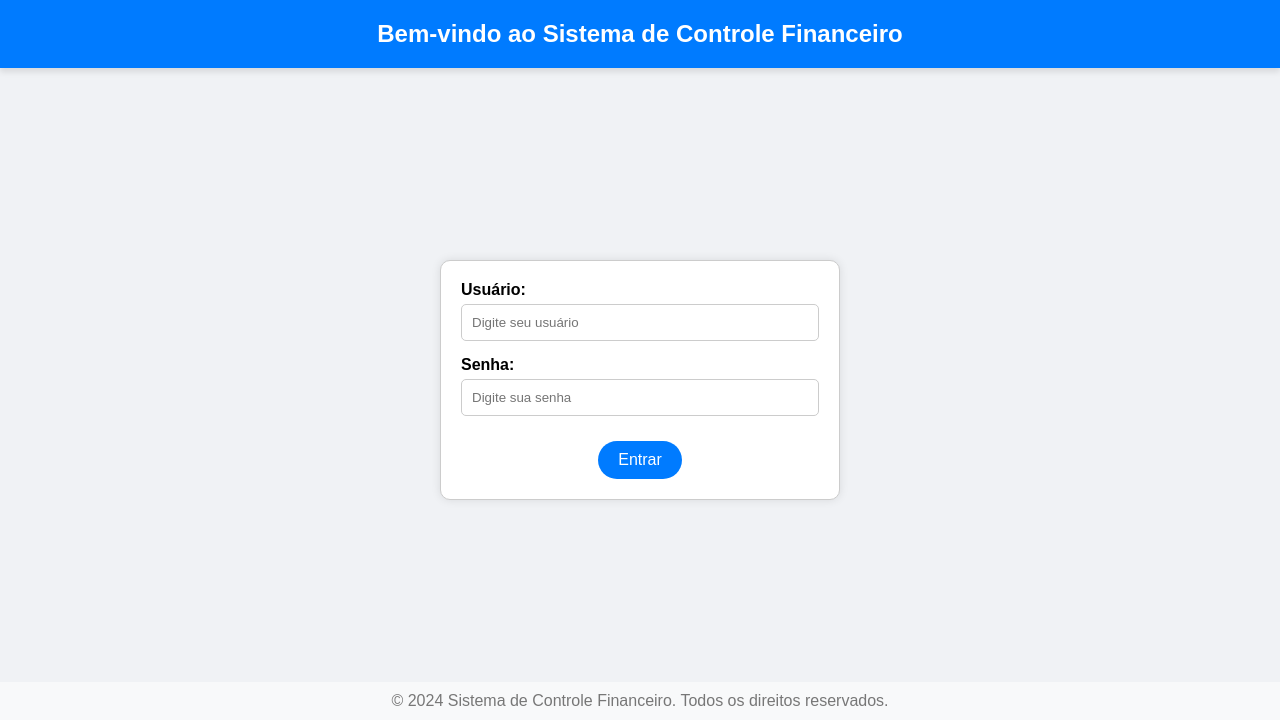
Repository: LucasMontalvao1/ProjetoMaxima
Page: / (app in AngularMaxima/)
An editor plug-in stored every save of this project. The page is shown before and after a run of saves, followed by the edit.
The browser window is 1280 px wide. The pictures show the whole page.
The project was rebuilt for these pictures with package versions that can differ from the ones it lists, and the page was loaded fresh each time. Also part of the build but not shown: AngularMaxima/angular.json, AngularMaxima/src/app/pages/home/home.component.ts.

Above is the page before, as saved 2024-07-14 17:19:46.

### AngularMaxima/src/index.html
<!doctype html>
<html lang="en">
<head>
  <meta charset="utf-8">
  <title>AngularMaxima</title>
  <base href="/">
  <meta name="viewport" content="width=device-width, initial-scale=1">
  <link rel="icon" type="image/x-icon" href="favicon.ico">
</head>
<body>
  <app-root></app-root>
</body>
</html>

### AngularMaxima/src/styles.css
* {
  margin: 0;
  padding: 0;
  box-sizing: border-box;
}

body, html {
  height: 100%;
  font-family: Arial, sans-serif;
  background-color: #f0f2f5;
}

.main-container {
  display: flex;
  flex-direction: column;
  height: 100%;
}

.content {
  flex: 1;
  display: flex;
  justify-content: center;
  align-items: center;
  padding: 20px;
  margin-top: 80px;
  margin-bottom: 40px;
}

.header {
  width: 100%;
  background-color: #007bff;
  color: #fff;
  padding: 20px 0;
  text-align: center;
  box-shadow: 0 4px 6px rgba(0, 0, 0, 0.1);
  position: fixed;
  top: 0;
  left: 0;
  z-index: 1000;
}

.header h1 {
  margin: 0;
  font-size: 24px;
}

.footer {
  width: 100%;
  background-color: #f8f9fa;
  color: #777;
  padding: 10px 0;
  text-align: center;
  position: fixed;
  bottom: 0;
  left: 0;
  z-index: 1000;
}

### AngularMaxima/src/app/app.module.ts
import { NgModule } from '@angular/core';
import { BrowserModule } from '@angular/platform-browser';

import { AppRoutingModule } from './app-routing.module';
import { AppComponent } from './app.component';
import { LoginComponent } from './pages/login/login.component';
import { ReactiveFormsModule } from '@angular/forms';
import { HttpClientModule } from '@angular/common/http';
import { AuthService } from './services/auth.service';

@NgModule({
  declarations: [
    AppComponent,
    LoginComponent,

  ],
  imports: [
    BrowserModule,
    AppRoutingModule,
    ReactiveFormsModule,
    HttpClientModule
  ],
  providers: [AuthService],
  bootstrap: [AppComponent]
})
export class AppModule { }

### AngularMaxima/src/app/app-routing.module.ts
import { NgModule } from '@angular/core';
import { RouterModule, Routes } from '@angular/router';
import { LoginComponent } from './pages/login/login.component';
import { HomeComponent } from './pages/home/home.component';

const routes: Routes = [
  { path: '', redirectTo: '/login', pathMatch: 'full'},
  { path: 'login', component: LoginComponent},
  { path: 'home', component: HomeComponent}
];

@NgModule({
  imports: [RouterModule.forRoot(routes)],
  exports: [RouterModule]
})
export class AppRoutingModule { }

### AngularMaxima/src/app/app.component.ts
import { Component } from '@angular/core';

@Component({
  selector: 'app-root',
  templateUrl: './app.component.html',
  styleUrls: ['./app.component.css']
})
export class AppComponent {
  title = 'AngularMaxima';
}

### AngularMaxima/src/app/pages/login/login.component.ts
import { Component, OnInit } from '@angular/core';
import { FormBuilder, FormGroup, Validators } from '@angular/forms';
import { AuthService } from '../../services/auth.service';
import { Router } from '@angular/router';

@Component({
  selector: 'app-login',
  templateUrl: './login.component.html',
  styleUrls: ['./login.component.css']
})
export class LoginComponent implements OnInit {

  loginModel: FormGroup;

  constructor(
    private formBuilder: FormBuilder,
    private authService: AuthService,
    private router: Router
  ) {
    this.loginModel = this.formBuilder.group({
      username: ['', Validators.required],
      password: ['', Validators.required]
    });
  }

  ngOnInit() {
    // Você pode adicionar lógica de inicialização aqui, se necessário
  }

  onSubmit() {
    if (this.loginModel.valid) {
      const username = this.loginModel.get('username')?.value;
      const password = this.loginModel.get('password')?.value;
      this.login(username, password);
    } else {
      // Formulário inválido, pode adicionar tratamento aqui se necessário
    }
  }

  login(username: string, password: string) {
    this.authService.login(username, password).subscribe(
      (response) => {
        // Sucesso: redirecionar para a página inicial ou fazer outra ação
        console.log('Login bem-sucedido!', response);
        this.router.navigate(['/home']); // Redirecionamento para a página inicial
      },
      (error) => {
        // Erro: lidar com o erro e fornecer feedback adequado
        console.error('Erro no login:', error);
        // Exemplo simples de como você pode tratar diferentes tipos de erro
        if (error.status === 401) {
          alert('Credenciais inválidas. Por favor, tente novamente.');
        } else {
          alert('Erro ao realizar login. Por favor, tente novamente mais tarde.');
        }
      }
    );
  }
}

### AngularMaxima/src/app/services/auth.service.ts
import { Injectable } from '@angular/core';
import { HttpClient } from '@angular/common/http';
import { environment } from '../../environments/environment';
import { Observable } from 'rxjs';
import { LoginModel } from '../models/login.model';

@Injectable({
  providedIn: 'root'
})
export class AuthService {
  apiUrl: string = environment.apiUrl;

  constructor(private http: HttpClient) {}

  login(username: string, password: string, credentials: LoginModel): Observable<any> {
    return this.http.post<any>(`${this.apiUrl}/login`, credentials);
  }
}

### AngularMaxima/src/app/pages/login/login.component.html
<div class="main-container">
  <header class="header">
    <h1>Bem-vindo ao Sistema de Controle Financeiro</h1>
  </header>
  <div class="login-container">
    <form [formGroup]="loginModel" (ngSubmit)="onSubmit()">
      <div class="form-group">
        <label for="username">Usuário:</label>
        <input type="text" id="username" formControlName="username" class="form-control" placeholder="Digite seu usuário">
      </div>
      <div class="form-group">
        <label for="password">Senha:</label>
        <input type="password" id="password" formControlName="password" class="form-control" placeholder="Digite sua senha">
      </div>
      <button type="submit" class="btn btn-primary login-button">Entrar</button>
    </form>
  </div>
  <footer class="footer">
    <p>&copy; 2024 Sistema de Controle Financeiro. Todos os direitos reservados.</p>
  </footer>
</div>

### AngularMaxima/src/app/pages/login/login.component.css
.login-container {
  flex: 1;
  display: flex;
  justify-content: center;
  align-items: center;
  padding: 20px;
  margin-top: 80px; /* Espaço para o header fixo */
  margin-bottom: 40px; /* Espaço para o footer fixo */
}

.login-container form {
  max-width: 400px;
  width: 100%;
  padding: 20px;
  border: 1px solid #ccc;
  border-radius: 10px;
  box-shadow: 0 0 10px rgba(0, 0, 0, 0.1);
  background-color: #fff;
  text-align: center;
  animation: fadeIn 1s ease-in-out;
}

/* Animação de fade-in */
@keyframes fadeIn {
  from { opacity: 0; }
  to { opacity: 1; }
}

/* Estilos para os campos do formulário */
.form-group {
  margin-bottom: 15px;
  text-align: left;
}

label {
  display: block;
  font-weight: bold;
  margin-bottom: 5px;
}

.form-control {
  width: 100%;
  padding: 10px;
  border: 1px solid #ccc;
  border-radius: 5px;
  transition: border-color 0.3s, box-shadow 0.3s;
}

.form-control:focus {
  border-color: #007bff;
  outline: none;
  box-shadow: 0 0 5px rgba(0, 123, 255, 0.5);
}

/* Estilos para o botão de login */
.login-button {
  background-color: #007bff;
  color: #fff;
  border: none;
  padding: 10px 20px;
  border-radius: 20px;
  font-size: 16px;
  cursor: pointer;
  transition: background-color 0.3s, transform 0.3s;
  margin-top: 10px;
}

.login-button:hover {
  background-color: #0069d9;
  transform: scale(1.05);
}

### AngularMaxima/src/environments/environment.ts
export const environment = {
  production: false,
  apiUrl: 'https://localhost:7041'
};

Loaded but not shown: AngularMaxima/src/main.ts (common file); AngularMaxima/src/app/app.component.html (common file); AngularMaxima/src/app/app.component.css (no stored copy; drawn as an empty file)

After the next 3 saves:
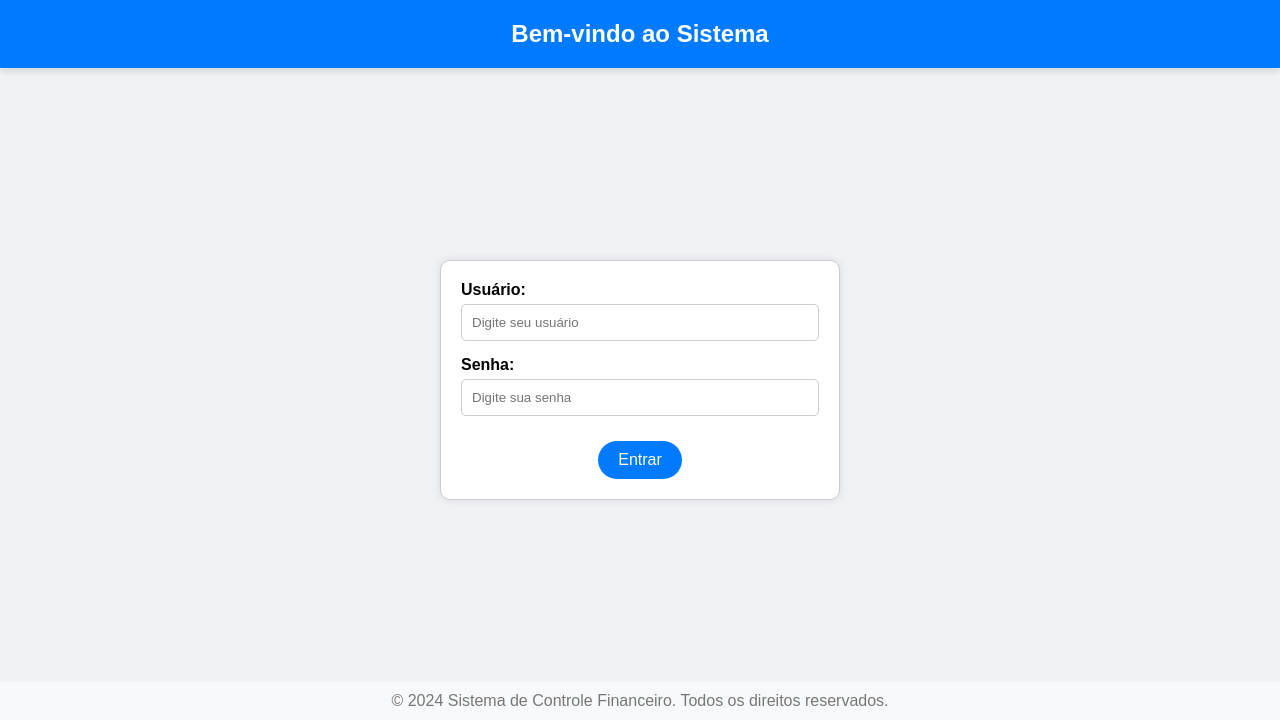
The 3 saves are shown as one change because 1 did not build or start and some came seconds apart.
The last was saved 119 s later.
--- a/AngularMaxima/src/app/pages/login/login.component.ts
+++ b/AngularMaxima/src/app/pages/login/login.component.ts
@@ -1,7 +1,7 @@
 import { Component, OnInit } from '@angular/core';
 import { FormBuilder, FormGroup, Validators } from '@angular/forms';
+import { Router } from '@angular/router';
 import { AuthService } from '../../services/auth.service';
-import { Router } from '@angular/router';
 
 @Component({
   selector: 'app-login',
@@ -10,49 +10,40 @@ import { Router } from '@angular/router';
 })
 export class LoginComponent implements OnInit {
 
-  loginModel: FormGroup;
+  loginForm: FormGroup;
 
   constructor(
     private formBuilder: FormBuilder,
     private authService: AuthService,
     private router: Router
-  ) {
-    this.loginModel = this.formBuilder.group({
+  ) {}
+
+  ngOnInit(): void {
+    this.loginForm = this.formBuilder.group({
       username: ['', Validators.required],
       password: ['', Validators.required]
     });
   }
 
-  ngOnInit() {
-    // Você pode adicionar lógica de inicialização aqui, se necessário
-  }
-
   onSubmit() {
-    if (this.loginModel.valid) {
-      const username = this.loginModel.get('username')?.value;
-      const password = this.loginModel.get('password')?.value;
+    if (this.loginForm.valid) {
+      const username = this.loginForm.get('username').value;
+      const password = this.loginForm.get('password').value;
       this.login(username, password);
     } else {
-      // Formulário inválido, pode adicionar tratamento aqui se necessário
+      console.error('Formulário inválido. Verifique os campos.');
     }
   }
 
   login(username: string, password: string) {
     this.authService.login(username, password).subscribe(
       (response) => {
-        // Sucesso: redirecionar para a página inicial ou fazer outra ação
         console.log('Login bem-sucedido!', response);
-        this.router.navigate(['/home']); // Redirecionamento para a página inicial
+        this.router.navigate(['/home']); // Redirecionamento para a página inicial após login
       },
       (error) => {
-        // Erro: lidar com o erro e fornecer feedback adequado
         console.error('Erro no login:', error);
-        // Exemplo simples de como você pode tratar diferentes tipos de erro
-        if (error.status === 401) {
-          alert('Credenciais inválidas. Por favor, tente novamente.');
-        } else {
-          alert('Erro ao realizar login. Por favor, tente novamente mais tarde.');
-        }
+        alert('Credenciais inválidas. Por favor, tente novamente.'); // Exemplo de feedback de erro
       }
     );
   }
--- a/AngularMaxima/src/app/pages/login/login.component.html
+++ b/AngularMaxima/src/app/pages/login/login.component.html
@@ -1,9 +1,9 @@
 <div class="main-container">
   <header class="header">
-    <h1>Bem-vindo ao Sistema de Controle Financeiro</h1>
+    <h1>Bem-vindo ao Sistema</h1>
   </header>
   <div class="login-container">
-    <form [formGroup]="loginModel" (ngSubmit)="onSubmit()">
+    <form [formGroup]="loginForm" (ngSubmit)="onSubmit()">
       <div class="form-group">
         <label for="username">Usuário:</label>
         <input type="text" id="username" formControlName="username" class="form-control" placeholder="Digite seu usuário">
